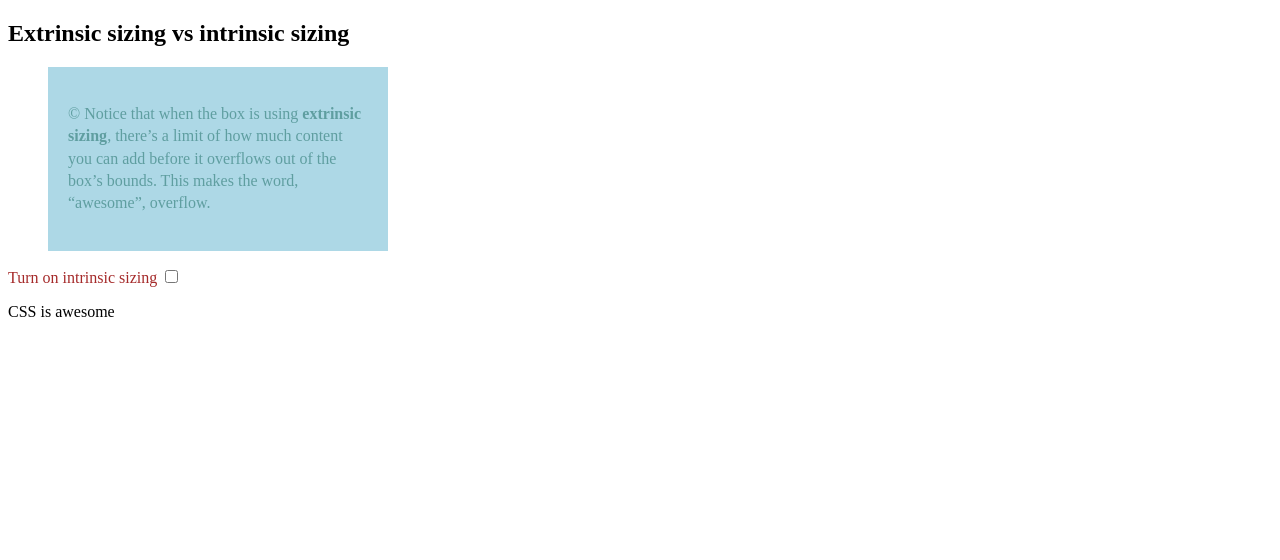
Repository: sristigupta04/basic-js-project
Page: box model/box.html
An editor plug-in stored every save of this project. The page is shown before and after the next save, followed by the edit.
The browser window is 1280 px wide. The pictures show the whole page.

Above is the page before, as saved 2025-11-03 00:46:26.

After the next save:
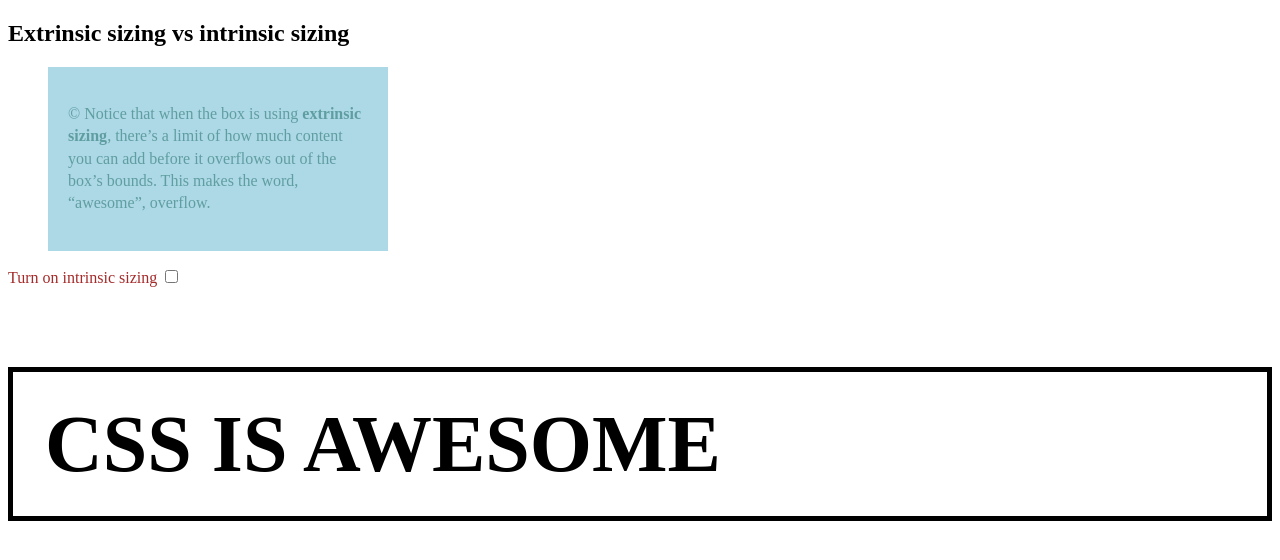
Saved 18 s later.
--- a/box model/box.css
+++ b/box model/box.css
@@ -17,3 +17,12 @@ width:10px;
 height: 40px;
 background-color: cadetblue;
 }
+
+.awesome{
+    text-transform: uppercase;
+  font-size: 5rem;
+  font-weight: 700;
+  line-height: 1;
+  border: 5px solid;
+  padding: 2rem;
+}
